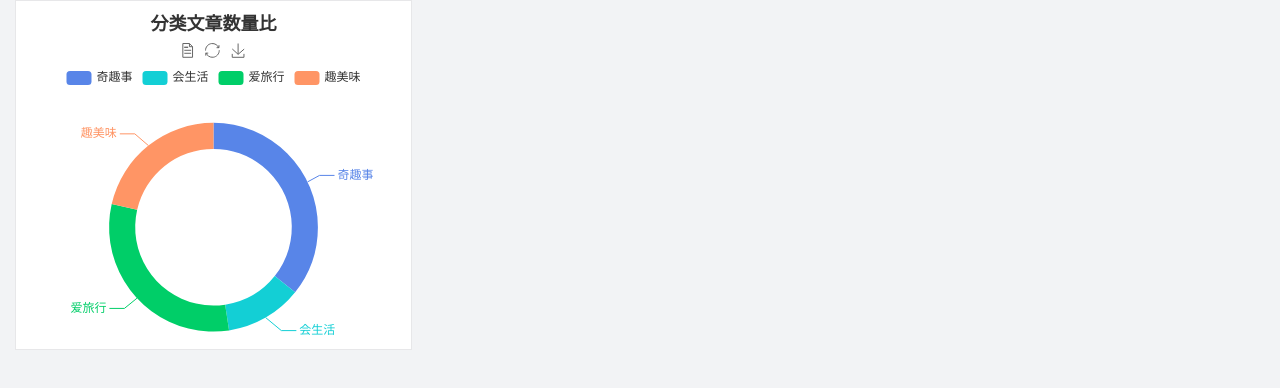
Repository: R1Deemo/vote_system
Page: web/home/results.html
An editor plug-in stored every save of this project. The page is shown before and after the next save, followed by the edit.
The browser window is 1280 px wide. The pictures show the whole page.

Above is the page before, as saved 2022-11-07 09:52:15.

### web/home/results.html
<!DOCTYPE html>
<html lang="en">

<head>
    <meta charset="UTF-8">
    <meta http-equiv="X-UA-Compatible" content="IE=edge">
    <meta name="viewport" content="width=device-width, initial-scale=1.0">
    <title>Document</title>
    <link rel="stylesheet" href="../../web/assets/lib/bootstrap.css" />
    <link rel="stylesheet" href="../../web/assets/lib/main.css" />
    <script src="../../web/assets/lib/jquery.js"></script>
    <script type="text/javascript" src="../../web/assets/lib/echarts.min.js"></script>
</head>

<body>
    <div class="container-fluid">
        <div class="row curve-pie">

            <div class="col-lg-4 col-md-4">
                <div class="gragh_pannel" id="pie_show"></div>
            </div>
        </div>
    </div>
    <script>
        var oPie = echarts.init(document.getElementById('pie_show'));
        var oPieopt = {
            title: {
                top: 10,
                text: '分类文章数量比',
                x: 'center'
            },
            tooltip: {
                trigger: 'item',
                formatter: "{a} <br/>{b} : {c} ({d}%)"
            },
            color: ['#5885e8', '#13cfd5', '#00ce68', '#ff9565'],
            legend: {
                x: 'center',
                top: 65,
                data: ['奇趣事', '会生活', '爱旅行', '趣美味']
            },
            toolbox: {
                show: true,
                x: 'center',
                top: 35,
                feature: {
                    mark: {
                        show: true
                    },
                    dataView: {
                        show: true,
                        readOnly: false
                    },
                    magicType: {
                        show: true,
                        type: ['pie', 'funnel'],
                        option: {
                            funnel: {
                                x: '25%',
                                width: '50%',
                                funnelAlign: 'left',
                                max: 1548
                            }
                        }
                    },
                    restore: {
                        show: true
                    },
                    saveAsImage: {
                        show: true
                    }
                }
            },
            calculable: true,
            series: [{
                name: '访问来源',
                type: 'pie',
                radius: ['45%', '60%'],
                center: ['50%', '65%'],
                data: [{
                    value: 300,
                    name: '奇趣事'
                }, {
                    value: 100,
                    name: '会生活'
                }, {
                    value: 260,
                    name: '爱旅行'
                }, {
                    value: 180,
                    name: '趣美味'
                }]
            }]
        };
        oPie.setOption(oPieopt);
    </script>
</body>

</html>

Loaded but not shown: web/assets/lib/bootstrap.css (library); web/assets/lib/main.css (library); web/assets/lib/jquery.js (library); web/assets/lib/echarts.min.js (library)

After the next save:
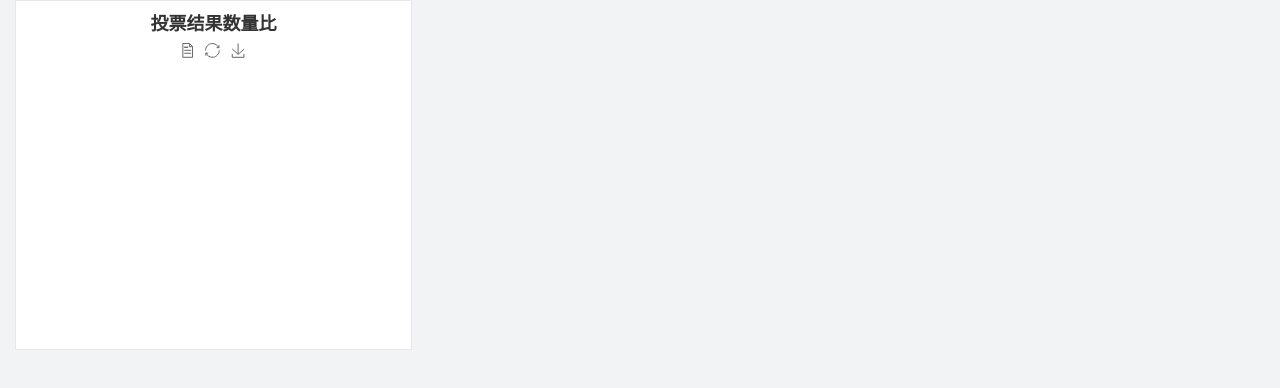
Saved 99 s later.
--- a/web/home/results.html
+++ b/web/home/results.html
@@ -26,7 +26,7 @@
         var oPieopt = {
             title: {
                 top: 10,
-                text: '分类文章数量比',
+                text: '投票结果数量比',
                 x: 'center'
             },
             tooltip: {
@@ -37,7 +37,7 @@
             legend: {
                 x: 'center',
                 top: 65,
-                data: ['奇趣事', '会生活', '爱旅行', '趣美味']
+                data: ['咸味', '番茄味', '生淀粉味', '脆度', '甜度']
             },
             toolbox: {
                 show: true,
@@ -72,25 +72,25 @@
                 }
             },
             calculable: true,
-            series: [{
-                name: '访问来源',
-                type: 'pie',
-                radius: ['45%', '60%'],
-                center: ['50%', '65%'],
-                data: [{
-                    value: 300,
-                    name: '奇趣事'
-                }, {
-                    value: 100,
-                    name: '会生活'
-                }, {
-                    value: 260,
-                    name: '爱旅行'
-                }, {
-                    value: 180,
-                    name: '趣美味'
-                }]
-            }]
+            // series: [{
+            //     name: '访问来源',
+            //     type: 'pie',
+            //     radius: ['45%', '60%'],
+            //     center: ['50%', '65%'],
+            //     data: [{
+            //         value: 300,
+            //         name: '奇趣事'
+            //     }, {
+            //         value: 100,
+            //         name: '会生活'
+            //     }, {
+            //         value: 260,
+            //         name: '爱旅行'
+            //     }, {
+            //         value: 180,
+            //         name: '趣美味'
+            //     }]
+            // }]
         };
         oPie.setOption(oPieopt);
     </script>
